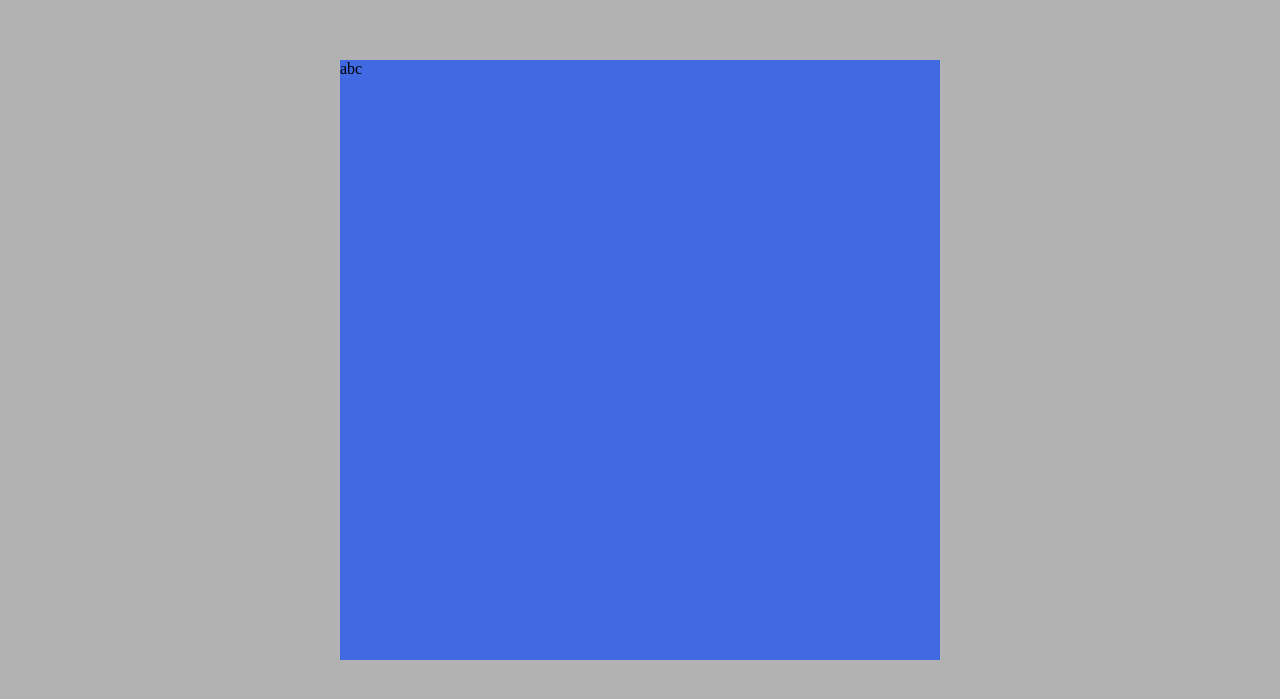
Repository: devix2107/thanhvia8.github.io
Page: background/index.html
An editor plug-in stored every save of this project. The page is shown before and after the next save, followed by the edit.
The browser window is 1280 px wide. The pictures show the whole page.

Above is the page before, as saved 2021-11-13 16:40:36.

### background/index.html
<!DOCTYPE html>
<html lang="en">
  <head>
    <meta charset="UTF-8" />
    <meta http-equiv="X-UA-Compatible" content="IE=edge" />
    <meta name="viewport" content="width=device-width, initial-scale=1.0" />
    <title>Document</title>
    <link rel="stylesheet" href="./main.css" />
  </head>
  <body>
    <div class="theme">
      <header class="theme-container">abc</header>
    </div>
  </body>
</html>

### background/main.css
* {
  padding: 0;
  margin: 0;
  box-sizing: border-box;
}

.theme {
  position: fixed;
  top: 0;
  bottom: 0;
  right: 0;
  left: 0;
  background: rgba(0, 0, 0, 0.3);
  display: flex;
  align-items: center;
  justify-content: center;
}

.theme-container {
  background-color: royalblue;
  width: 600px;
  min-height: 600px;
}

After the next save:
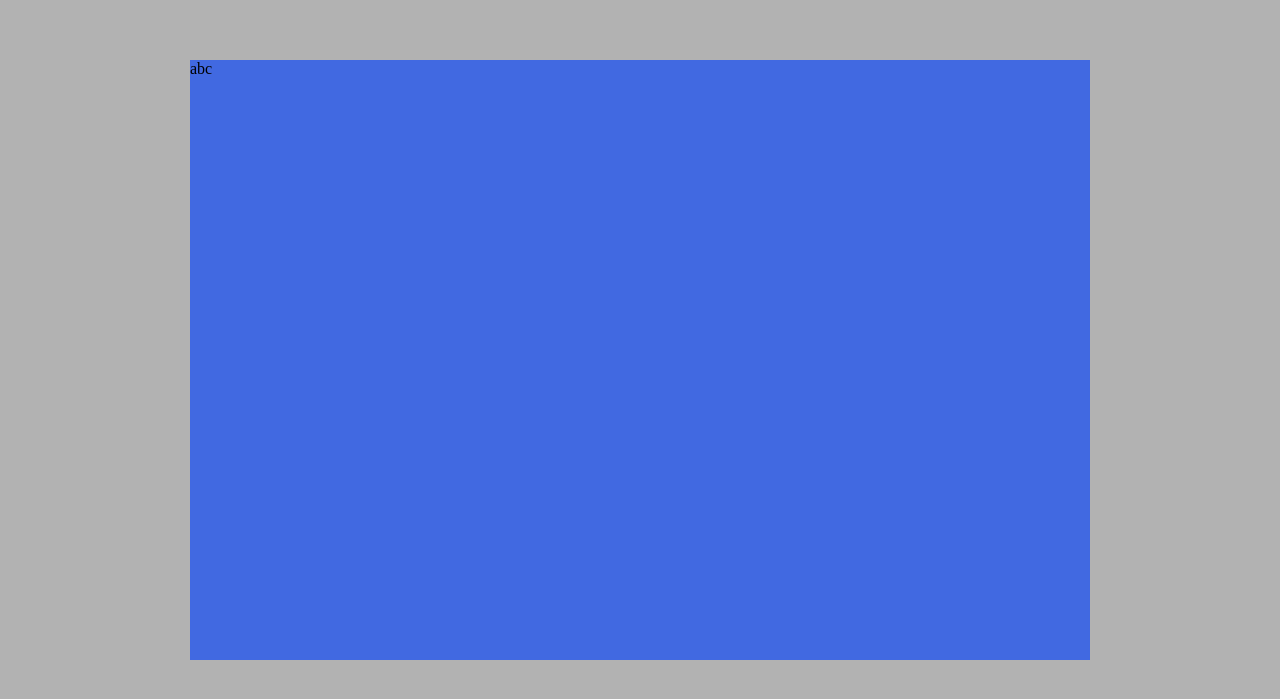
Saved 4 min 12 s later.
--- a/background/main.css
+++ b/background/main.css
@@ -18,6 +18,6 @@
 
 .theme-container {
   background-color: royalblue;
-  width: 600px;
+  width: 900px;
   min-height: 600px;
 }
